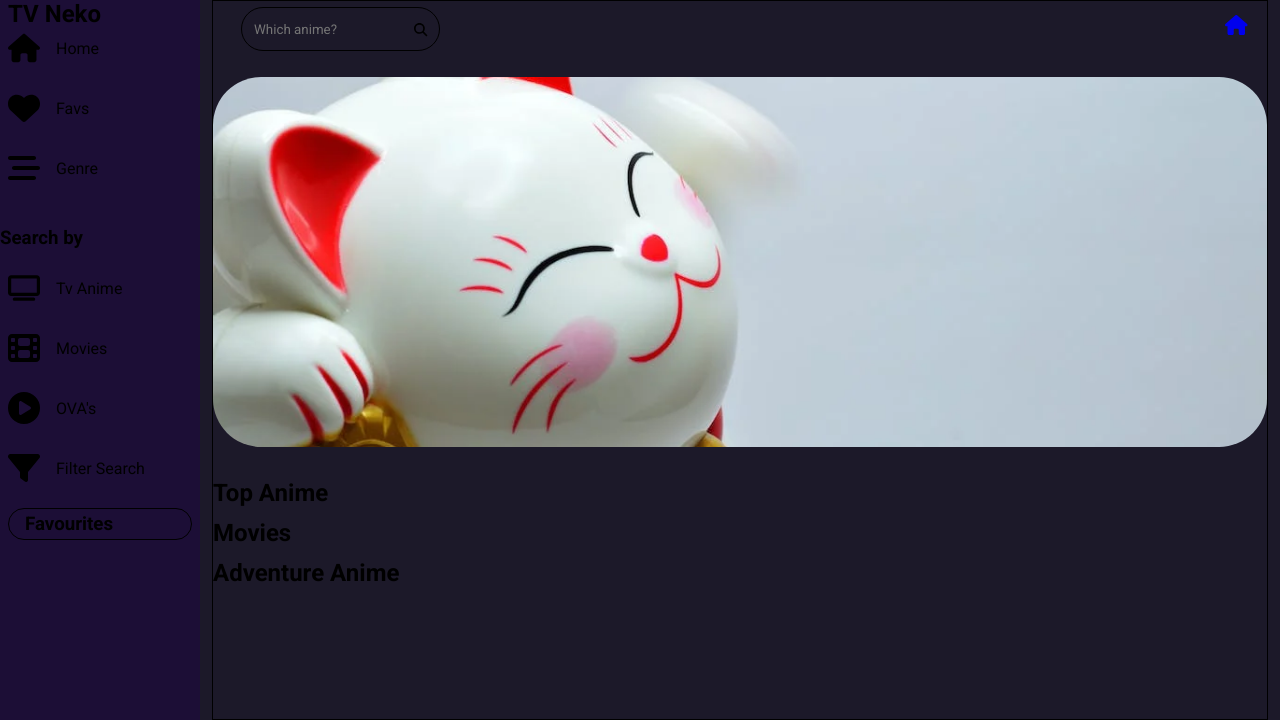
Repository: OwenMargiela/AnimeDatabse
Page: /
The author's editor kept a copy of each file at every save. The page is drawn from the files as they stood at one save, then again after the next save.
The browser window is 1280 px wide. The pictures show the whole page.
The page's requests for data from a server got no answer. The project was rebuilt for these pictures with package versions that can differ from the ones it lists, and the page was loaded fresh each time. No one was signed in, and anything a server would have sent is missing. Also part of the build but not shown: src/Components/AnimeContainer.jsx, src/Pages/AnimePage/AnimePage.jsx, src/Components/Score.css, src/Components/Score.jsx, src/Components/AnimeDescription.jsx, src/Pages/AnimePage/AnimeInfo.jsx, src/Pages/AnimePage/AnimeGenre.jsx, src/Pages/FavouritesPage/Favourites.css and 7 more.

Above is the page before, as saved 2023-01-26 15:04:07.

After the next save:
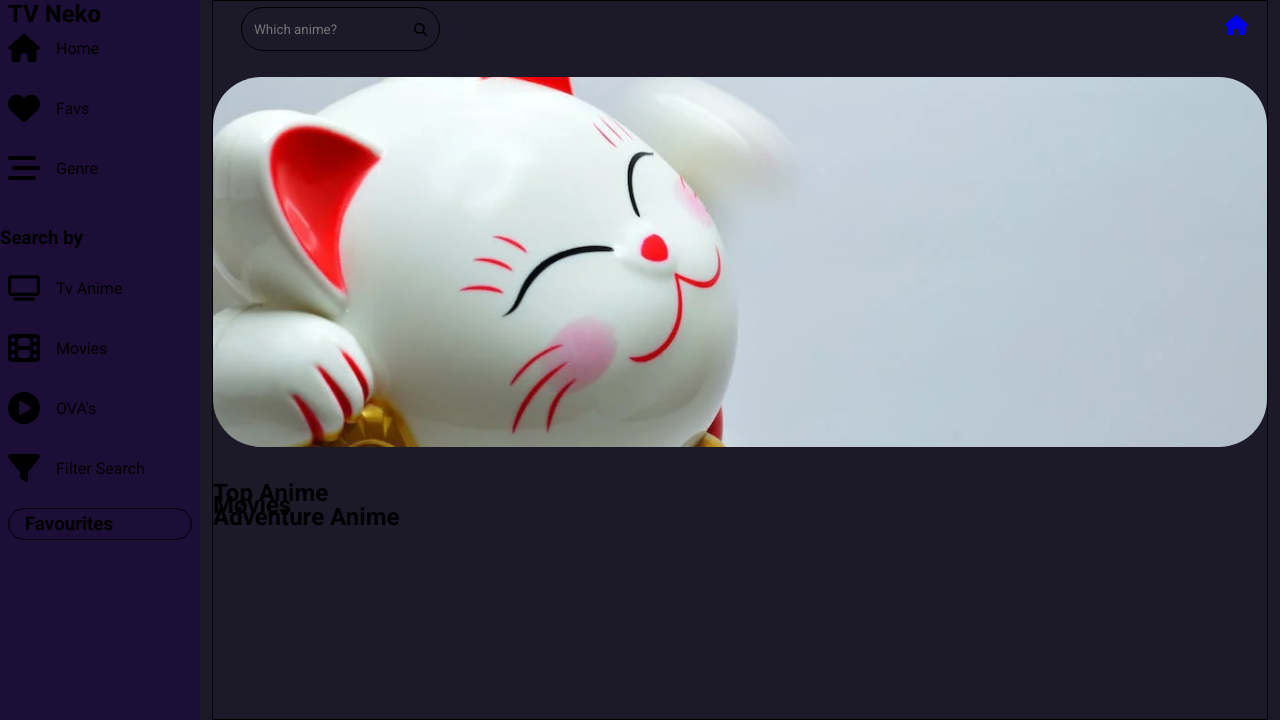
Saved 105 s later.
--- a/src/App.css
+++ b/src/App.css
@@ -100,10 +100,10 @@
   cursor: pointer;
 }
 
-.anime__wrapper--container,
-.anime__container--wrapper{
+.anime__wrapper--container{
   display: flex;
-  flex-direction: column;
+  /* flex-direction: column; */
+  flex-wrap: wrap;
   margin-bottom: -100px;
 }
 
@@ -148,8 +148,7 @@
   }
 }
 @media screen and (min-width: 480px) {
-  .anime__wrapper,
-  .anime__container--wrapper{
+  .anime__wrapper{
     display: flex;
     flex-wrap: wrap;
     justify-content: space-between;

After the save that followed:
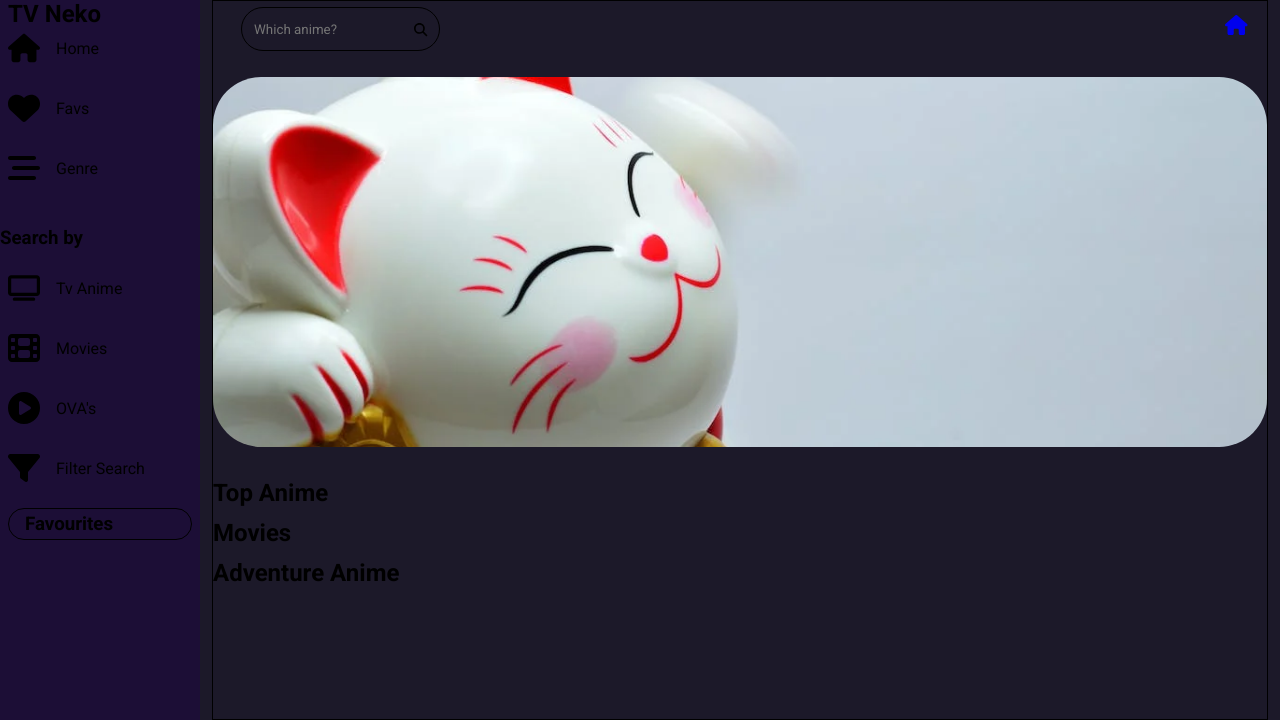
Saved 13 s later.
--- a/src/App.css
+++ b/src/App.css
@@ -102,8 +102,7 @@
 
 .anime__wrapper--container{
   display: flex;
-  /* flex-direction: column; */
-  flex-wrap: wrap;
+  flex-direction: column;
   margin-bottom: -100px;
 }
 
